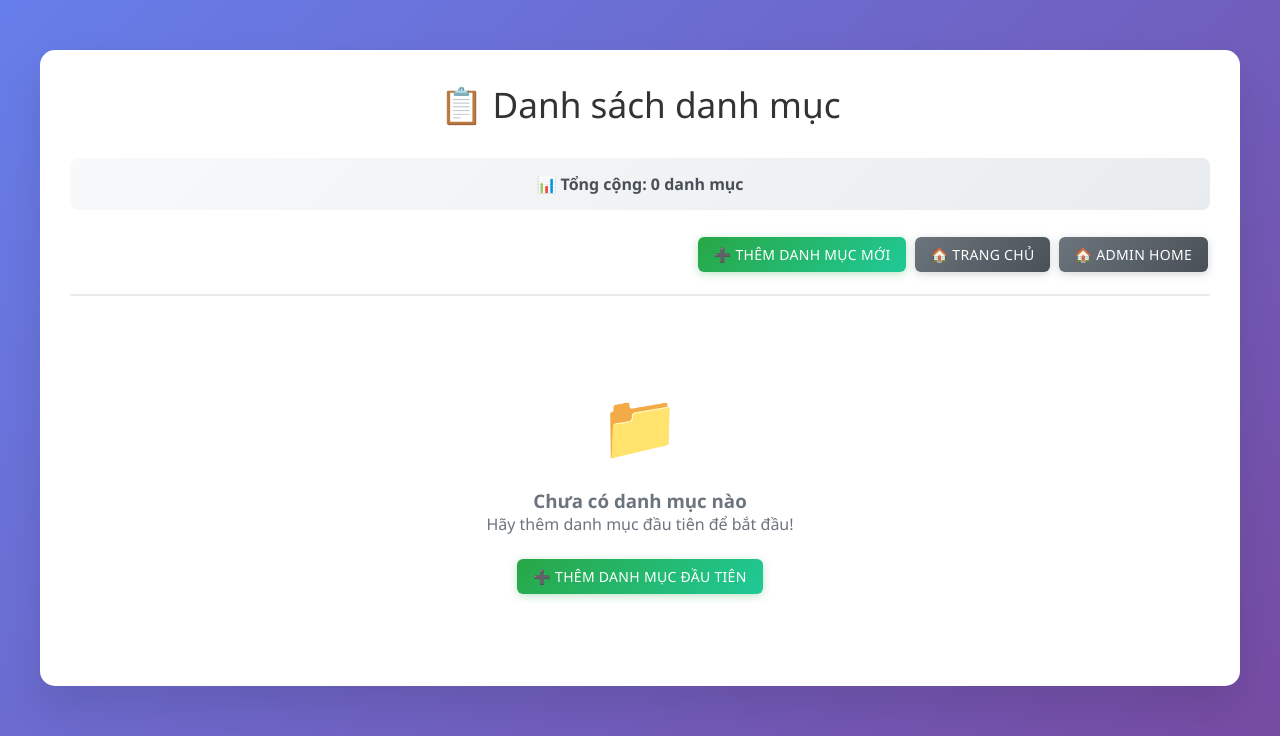
Repository: Ticasslo/23110327_HuynhNgocThang_LTWeb_BT
Page: http://localhost/23110327/views/admin/list-category.jsp
An editor plug-in stored every save of this project. The page is shown before and after the next save, followed by the edit.
The browser window is 1280 px wide. The pictures show the whole page.
The page is served by Tomcat 10. The template is opened directly, without the code that normally fills it, so the values that code supplies are empty.

Above is the page before, as saved 2025-08-30 06:34:46.

After the next save:
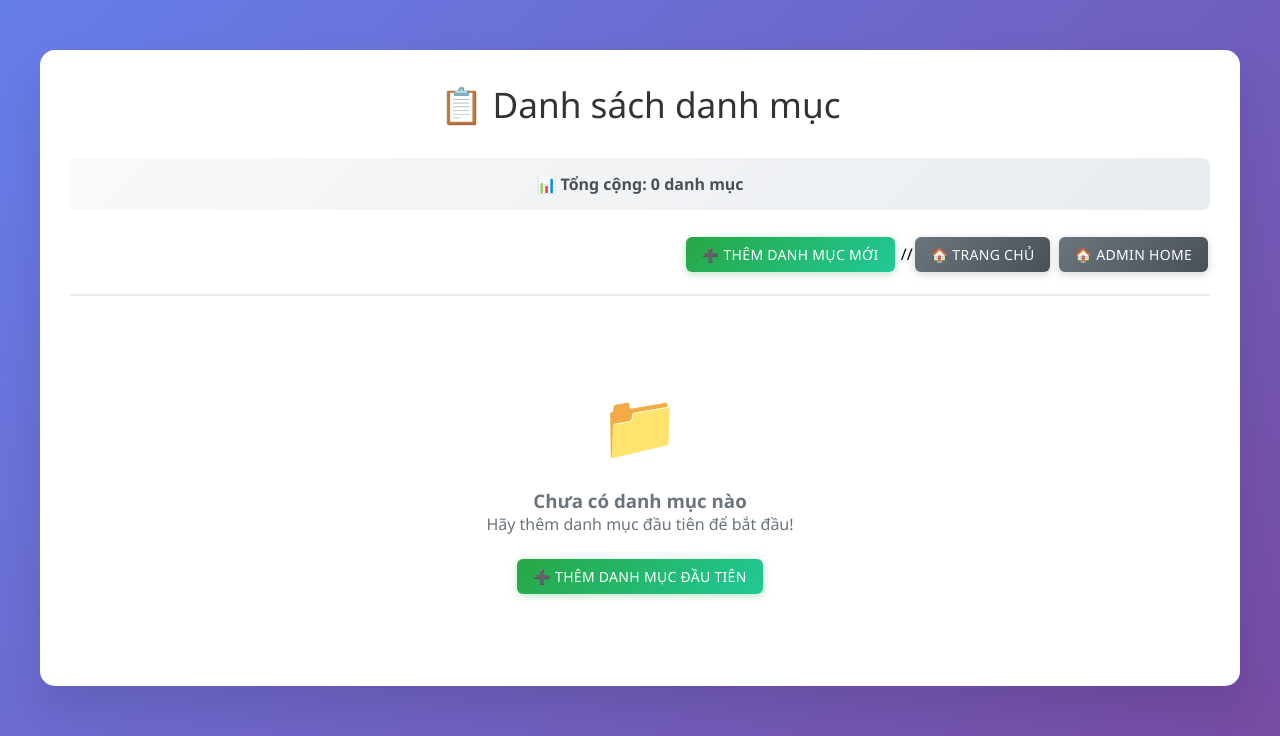
Saved 5 s later.
--- a/23110327/src/main/webapp/views/admin/list-category.jsp
+++ b/23110327/src/main/webapp/views/admin/list-category.jsp
@@ -282,7 +282,7 @@
 		<div class="header-actions">
 			<a href="<c:url value='/admin/category/add'/>"
 				class="btn btn-success">➕ Thêm danh mục mới</a>
-				<a href="<c:url value='/'/>" class="btn btn-secondary">🏠 Trang chủ</a>
+				//<a href="<c:url value='/'/>" class="btn btn-secondary">🏠 Trang chủ</a>
 				<a href="<c:url value='/admin/home'/>" class="btn btn-secondary">🏠 Admin Home</a>
 		</div>
 
